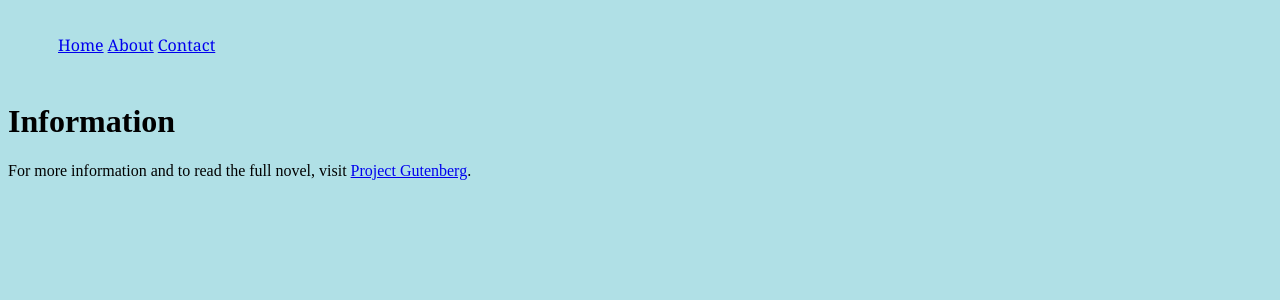
Repository: Brittany-Westlund/WebDesign
Page: Assignment2/info.html
An editor plug-in stored every save of this project. The page is shown before and after the next save, followed by the edit.
The browser window is 1280 px wide. The pictures show the whole page.

Above is the page before, as saved 2025-05-27 01:26:36.

After the next save:
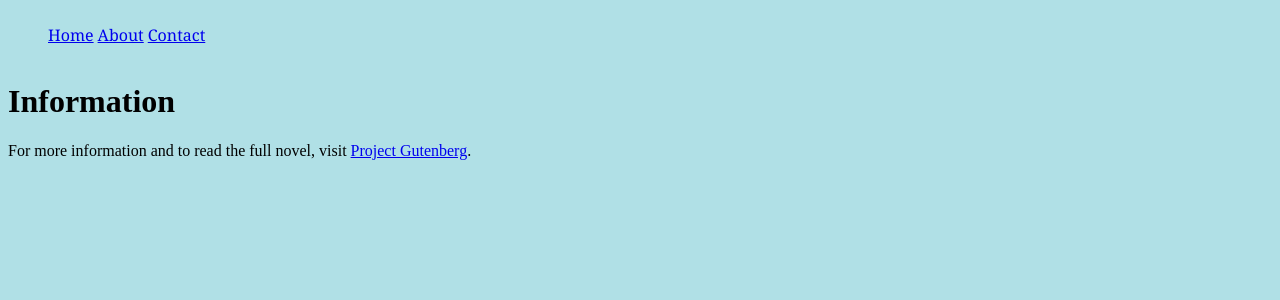
Saved 58 s later.
--- a/Assignment2/style/style.css
+++ b/Assignment2/style/style.css
@@ -18,8 +18,8 @@ li {
 
 nav {
    display: inline-block;
-   margin: 10px;
-   text-align: center;
+   max-width: 100%;
+   margin: auto 0;
 }
 
 div {
